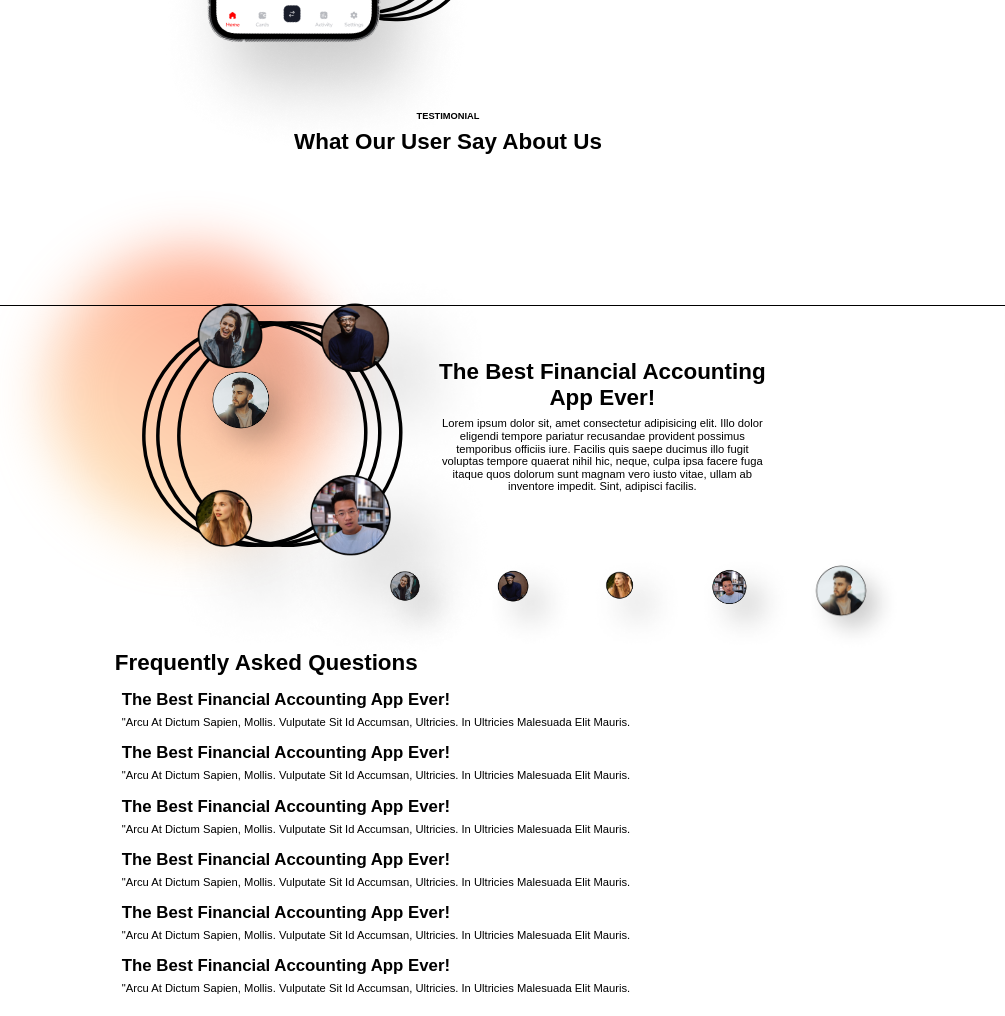
Repository: sakshambansal7/Uifry
Page: index.html
These files come from the project's save history. The page is drawn as it stood at one moment and after the next save; the edit follows.
The browser window is 1280 px wide. The page is 1435 px wide, so the pictures cover 1435 px, including what lies to the right of the window. The pictures show the part of the page from y = 2468 to 4188 px (the page is 3920 px tall before and 4188 px after), at 70% of full size.
Some web libraries are served in a nearby version.

Above is the page before, as saved 2024-06-12 22:49:57.

After the next save:
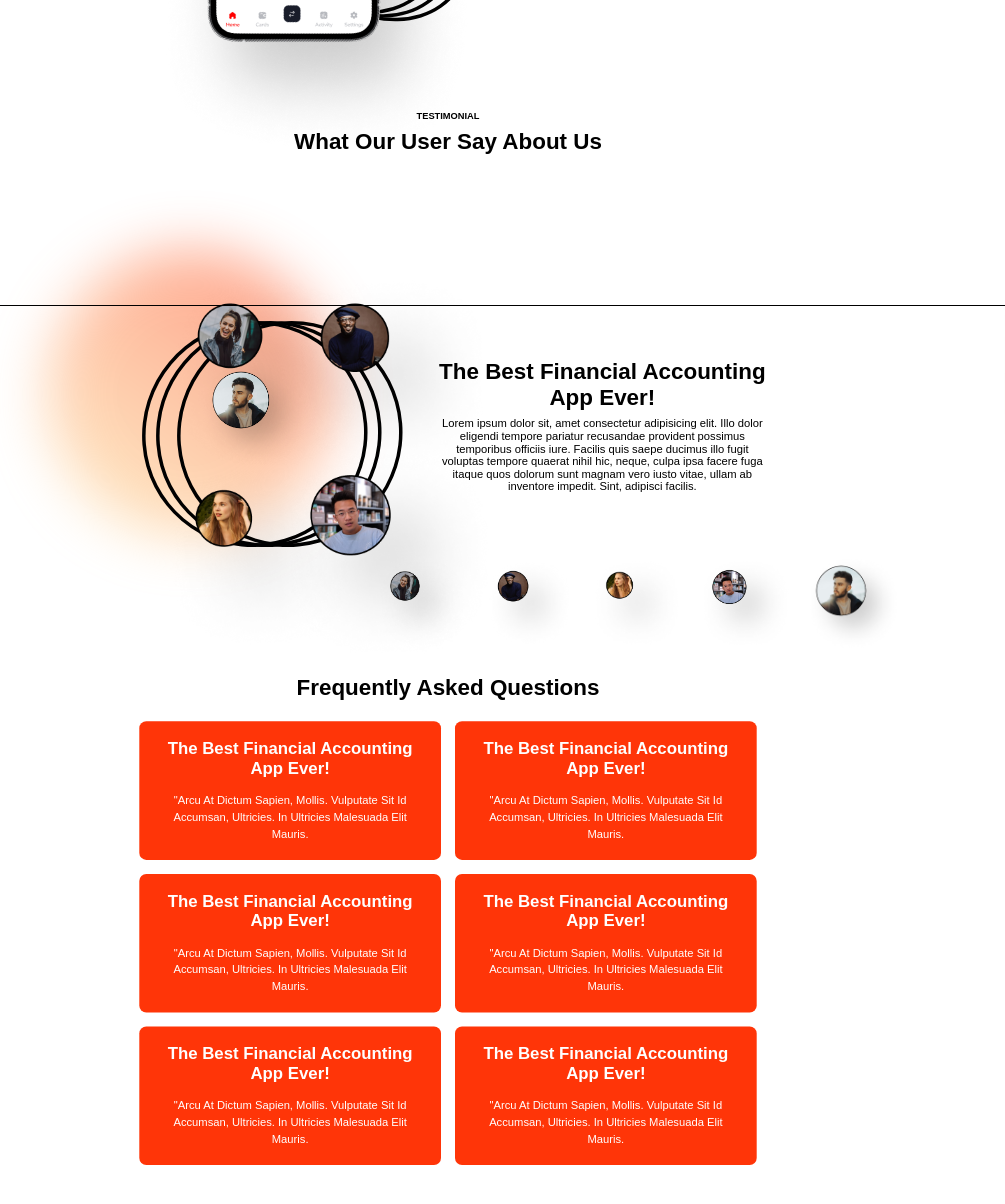
Saved 50 s later.
--- a/style.css
+++ b/style.css
@@ -439,3 +439,43 @@ nav a {
   object-fit: cover; /* Ensures the image covers the entire area */
   display: block; /* Ensures the image is treated as a block element */
 }
+
+/* Part6 container styling */
+.part6 {
+  padding: 40px;
+  background-color: #fff;
+  text-align: center;
+}
+
+/* FAQ heading styling */
+.part6 h1 {
+  font-size: 2em;
+  margin-bottom: 20px;
+}
+
+/* FAQ grid layout */
+.faq-grid {
+  display: grid;
+  grid-template-columns: repeat(2, 1fr);
+  gap: 20px;
+}
+
+/* FAQ item styling */
+.faq-item {
+  background-color: #ff3508;
+  padding: 20px;
+  border-radius: 10px;
+  color: #fff;
+}
+
+/* FAQ item heading styling */
+.faq-item h2 {
+  font-size: 1.5em;
+  margin-bottom: 10px;
+}
+
+/* FAQ item paragraph styling */
+.faq-item p {
+  font-size: 1em;
+  line-height: 1.5;
+}
